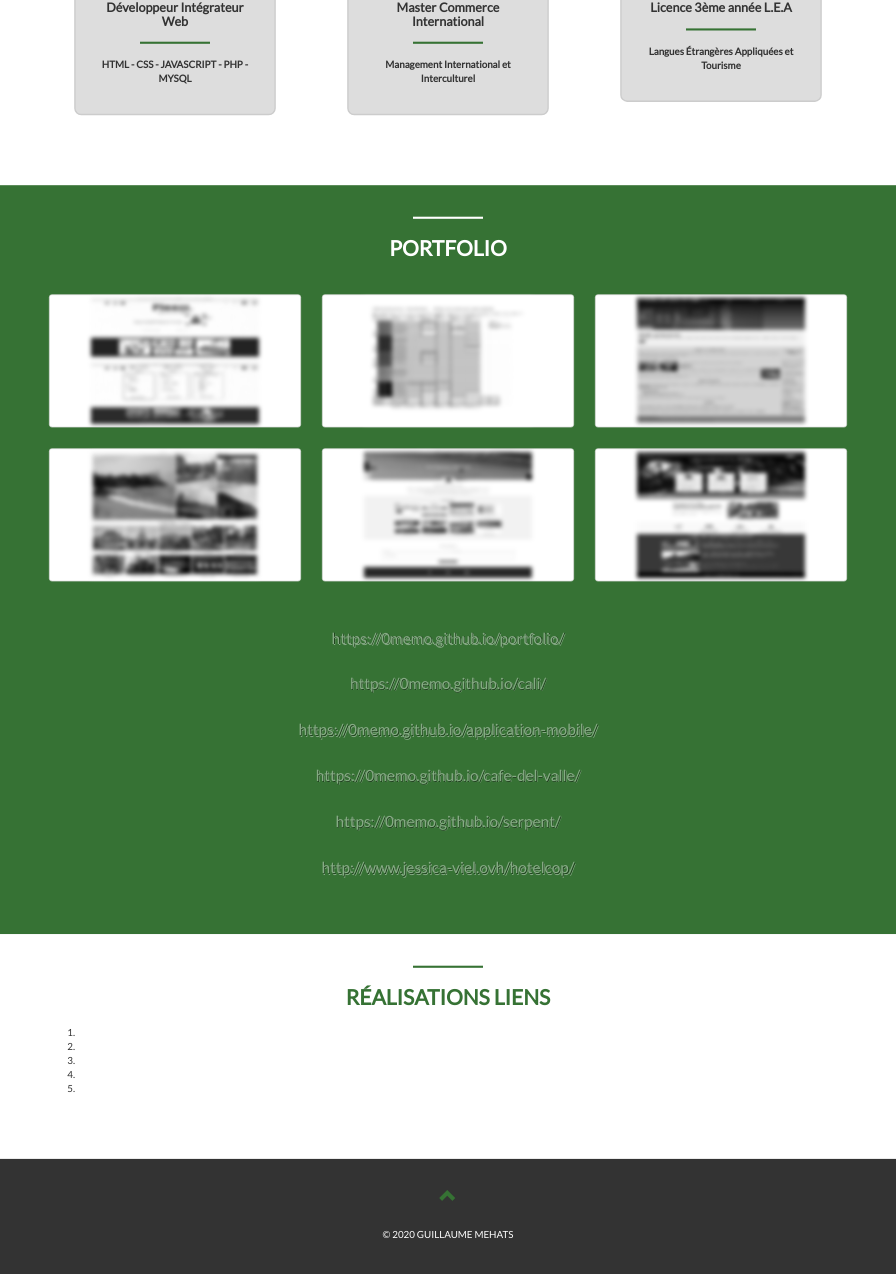
Repository: 0Memo/mon-cv
Page: index.html
An editor plug-in stored every save of this project. The page is shown before and after the next save, followed by the edit.
The browser window is 1280 px wide. The pictures show the part of the page from y = 3852 to 5772 px (the page is 5672 px tall before and 5772 px after), at 70% of full size.

Above is the page before, as saved 2020-12-29 15:58:23.
Console error: TypeError: Cannot read properties of undefined (reading 'offsetWidth')

After the next save:
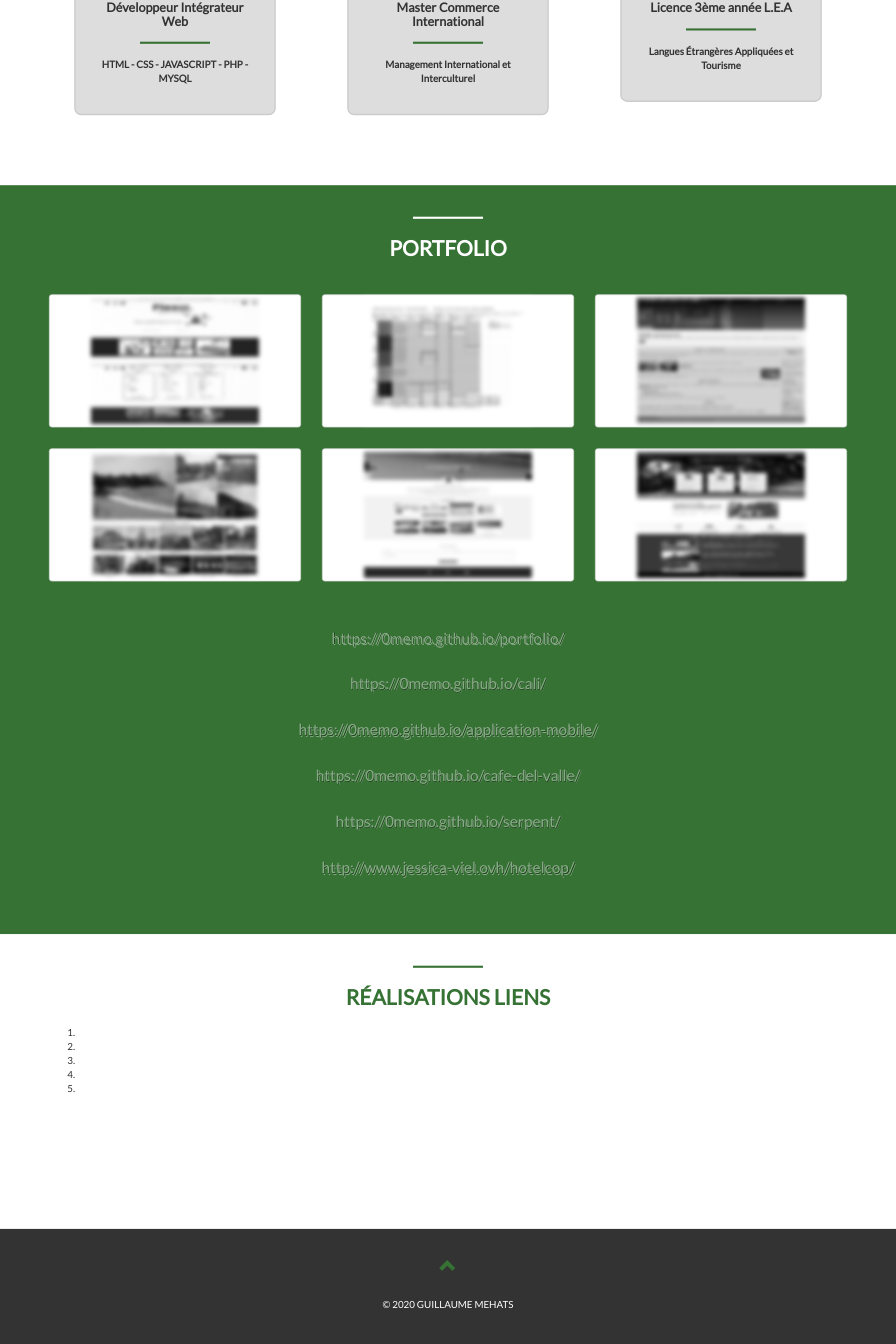
The error is gone.
Saved 92 s later.
--- a/index.html
+++ b/index.html
@@ -286,13 +286,38 @@
                 </div>
                 <div id="myCarousel" class="carousel slide text-center" data-ride="carousel">
                     <ol>
-                        <li data-target="#myCarousel" data-slide-to="0"></li>
+                        <li data-target="#myCarousel" data-slide-to="0" class="active"></li>
                         <li data-target="#myCarousel" data-slide-to="1"></li>
                         <li data-target="#myCarousel" data-slide-to="2"></li>
                         <li data-target="#myCarousel" data-slide-to="3"></li>
                         <li data-target="#myCarousel" data-slide-to="4"></li>
                     </ol>
-                    <div class="carousel-inner" role="listbox"></div>
+                    <div class="carousel-inner" role="listbox">
+                        <div class="item active">
+                            <h3></h3>
+                            <h4></h4>
+                        </div>
+                        <div class="item">
+                            <h3></h3>
+                            <h4></h4>
+                        </div>
+                        <div class="item">
+                            <h3></h3>
+                            <h4></h4>
+                        </div>
+                        <div class="item">
+                            <h3></h3>
+                            <h4></h4>
+                        </div>
+                        <div class="item">
+                            <h3></h3>
+                            <h4></h4>
+                        </div>
+                        <div class="item">
+                            <h3></h3>
+                            <h4></h4>
+                        </div>
+                    </div>
                 </div>
             </div>
         </section>
